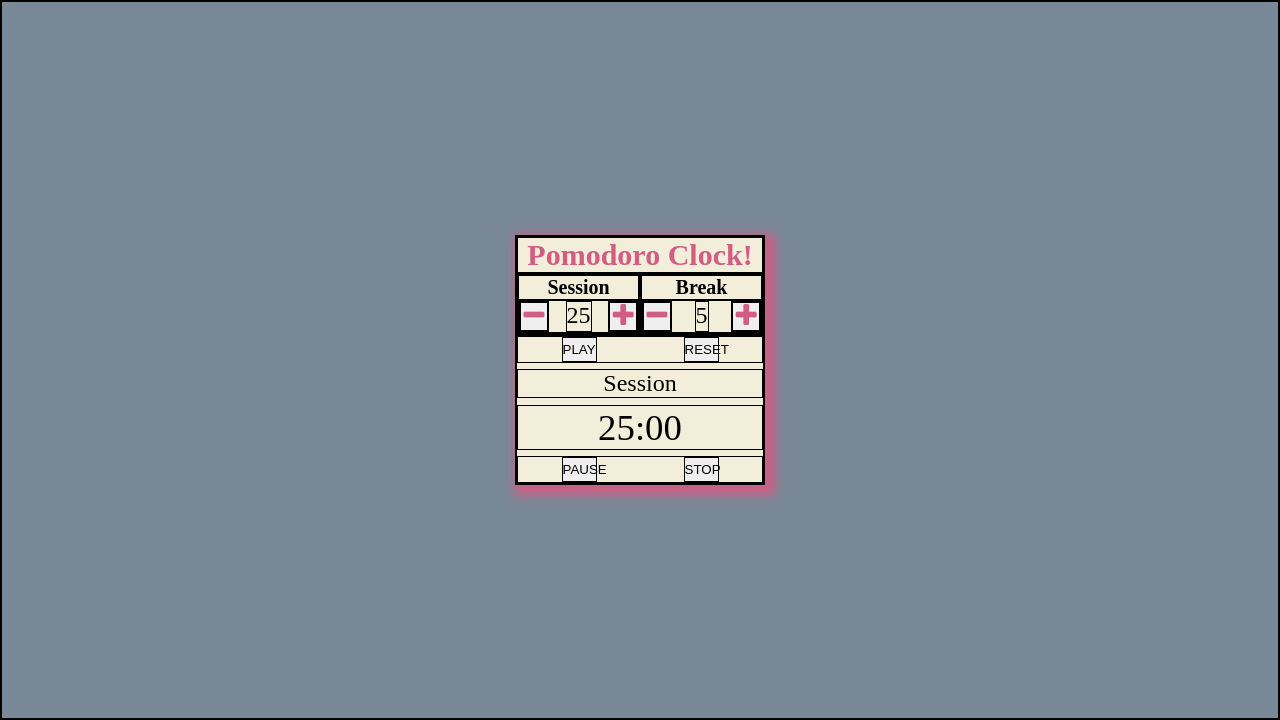
Repository: mcostigliola/pomodoroTimer
Page: index.html
These files come from the project's save history. The page is drawn as it stood at one moment and after the next save; the edit follows.
The browser window is 1280 px wide. The pictures show the whole page.

Above is the page before, as saved 2020-06-07 12:53:35.

After the next save:
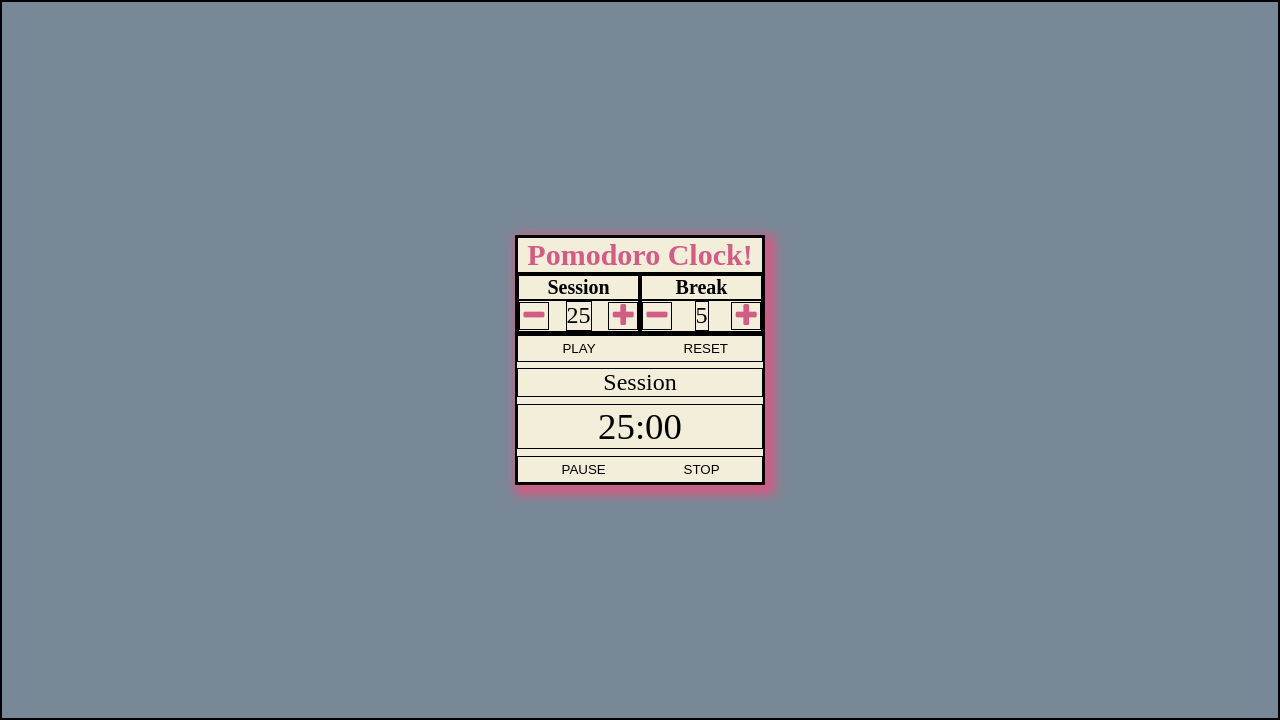
Saved 97 s later.
--- a/main.css
+++ b/main.css
@@ -20,6 +20,11 @@ body{
     display: flex;
     flex-flow: column;
     height: 100%;
+}
+
+button{
+    background: none;
+    border: none;
 }
 
 i{
